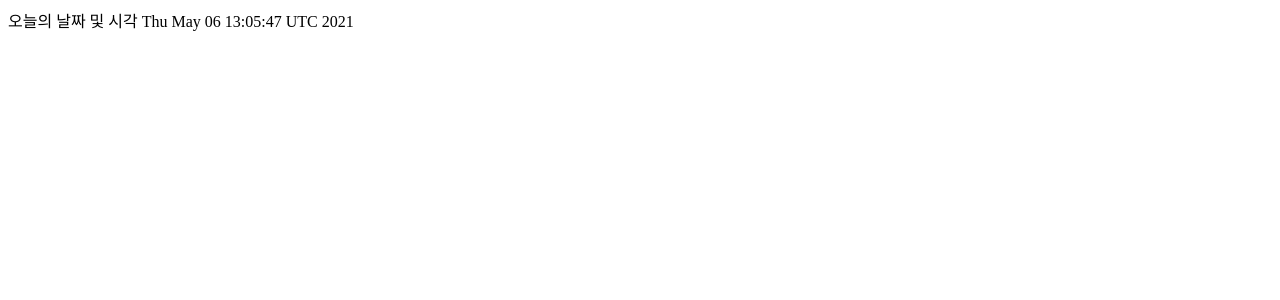
Repository: CheolHo-0428/JSP-Web-Programming
Page: http://localhost/JSPBook/ch04/useBean01.jsp
These files come from the project's save history. The page is drawn as it stood at one moment and after the next save; the edit follows.
The browser window is 1280 px wide. The pictures show the whole page.
The page is served by Tomcat 9.

Above is the page before, as saved 2021-05-09 04:19:04.

After the next save:
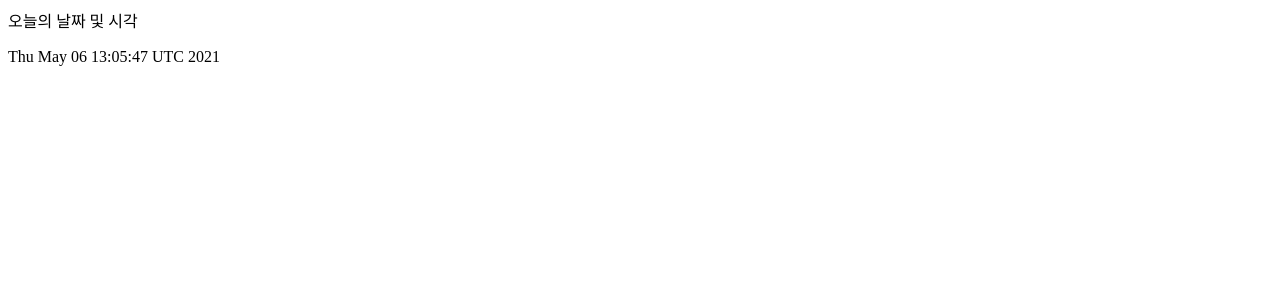
Saved 14 s later.
--- a/JSPBook/src/main/webapp/ch04/useBean01.jsp
+++ b/JSPBook/src/main/webapp/ch04/useBean01.jsp
@@ -12,6 +12,6 @@
 	<%
 		out.print("오늘의 날짜 및 시각");
 	%>
-	<%= date %>
+	<p><%= date %></p>
 </body>
 </html>
